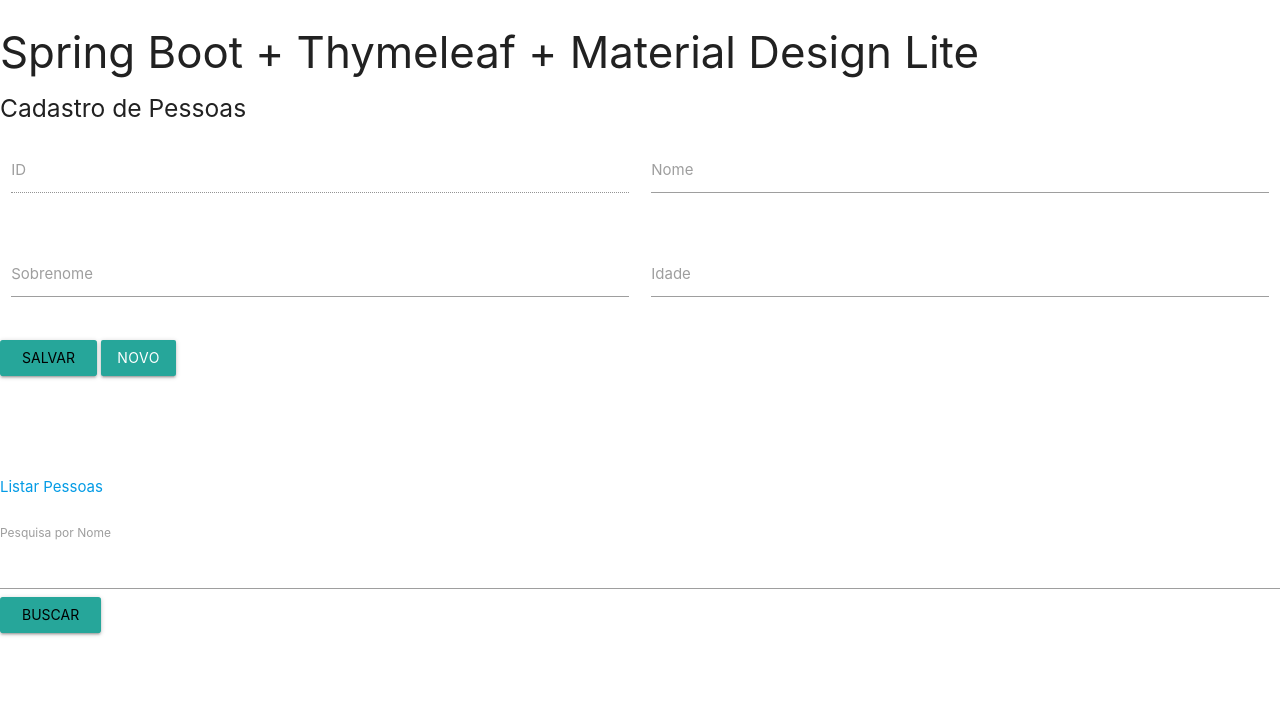
Repository: nfdeveloper/Estudando_Thymeleaf
Page: http://localhost/cadastro/telefones
The author's editor kept a copy of each file at every save. The page is drawn from the files as they stood at one save, then again after the next save.
The browser window is 1280 px wide. The pictures show the whole page.
The page is this project's Thymeleaf template; nobody is signed in. The template is opened directly, without the code that normally fills it, so the values that code supplies are empty.

Above is the page before, as saved 2023-12-10 19:56:57.

### cousethymeleaf/src/main/resources/templates/cadastro/telefones.html
<!DOCTYPE html>
<html xmlns="http://www.w3.org/1999/html" xmlns:th="http://www.thymeleaf.org">
</head>
		<title>Insert Title</title>
		<link href="https://fonts.googleapis.com/icon?family=Material+Icons" rel="stylesheet">
	    <!--Import materialize.css-->
	    <link type="text/css" rel="stylesheet" href="/materialize/css/materialize.css"  media="screen,projection"/>
		<link type="text/css" rel="stylesheet" href="/materialize/css/materialize.min.css"  media="screen,projection"/>


	    <!--Let browser know website is optimized for mobile-->
	    <meta name="viewport" content="width=device-width, initial-scale=1.0"/>
</head>
<body>
	<h3>Spring Boot + Thymeleaf + Material Design Lite</h3>
	<h5>Cadastro de Pessoas</h5>

	<div class="row">
		<form action="salvarpessoa" id="formpessoa" method="post" th:object="${pessoaobj}" class="col s12">

			<div class="row">
				<div class="input-field col s6">
					<label for="id" >ID</label>
					<input name="id" th:field="*{id}" readonly="readonly" id="id" />
				</div>
				<div class="input-field col s6">
					<label for="nome" >Nome</label>
					<input name="nome" id="nome" th:field="*{nome}" />
				</div>
			</div>
			<div class="row">
				<div class="input-field col s6">
					<label>Sobrenome</label>
					<input name="sobrenome" th:field="*{sobrenome}" />
				</div>
				<div class="input-field col s6">
					<label>Idade</label>
					<input name="idade" th:field="*{idade}" />
				</div>
			</div>
			<div class="row">
				<div class="input-field cols6">
					<input class="waves-effect waves-light btn" type="submit" value="Salvar" />
					<button class="waves-effect waves-light btn" onclick="document.getElementById('formpessoa').reset();" >Novo</button>
				</div>
			</div>
		</form>
	</div>
	<br />
	<br />

	<a href="/listapessoas">Listar Pessoas</a>
	<br />
	<br />

	<form action="pesquisarpessoa" method="post">
		<label>Pesquisa por Nome</label>
		<input name="nomepesquisa" />
		<input class="waves-effect waves-light btn" type="submit" value="Buscar" />
	</form>

	<br />
	<br />
	<table>
		<tr th:each="pessoa : ${pessoas}">
			<td th:text = "${pessoa.id}" ></td>
			<td th:text = "${pessoa.nome}" ></td>
			<td th:text = "${pessoa.sobrenome}" ></td>
			<td th:text = "${pessoa.idade}" ></td>
			<td><a th:href="@{/editarpessoa/{idpessoa}(idpessoa=${pessoa.id})}" >Editar</a></td>
			<td><a th:href="@{/removerpessoa/{idpessoa}(idpessoa=${pessoa.id})}" >Excluir</a></td>
		</tr>
	</table>


	<script type="text/javascript" src="/materialize/js/materialize.min.js"></script>
	<script type="text/javascript" src="/materialize/js/materialize.js"></script>
</body>
</html>

Loaded but not shown: cousethymeleaf/src/main/resources/static/materialize/css/materialize.css (library); cousethymeleaf/src/main/resources/static/materialize/css/materialize.min.css (library); cousethymeleaf/src/main/resources/static/materialize/js/materialize.min.js (library); cousethymeleaf/src/main/resources/static/materialize/js/materialize.js (library)

After the next save:
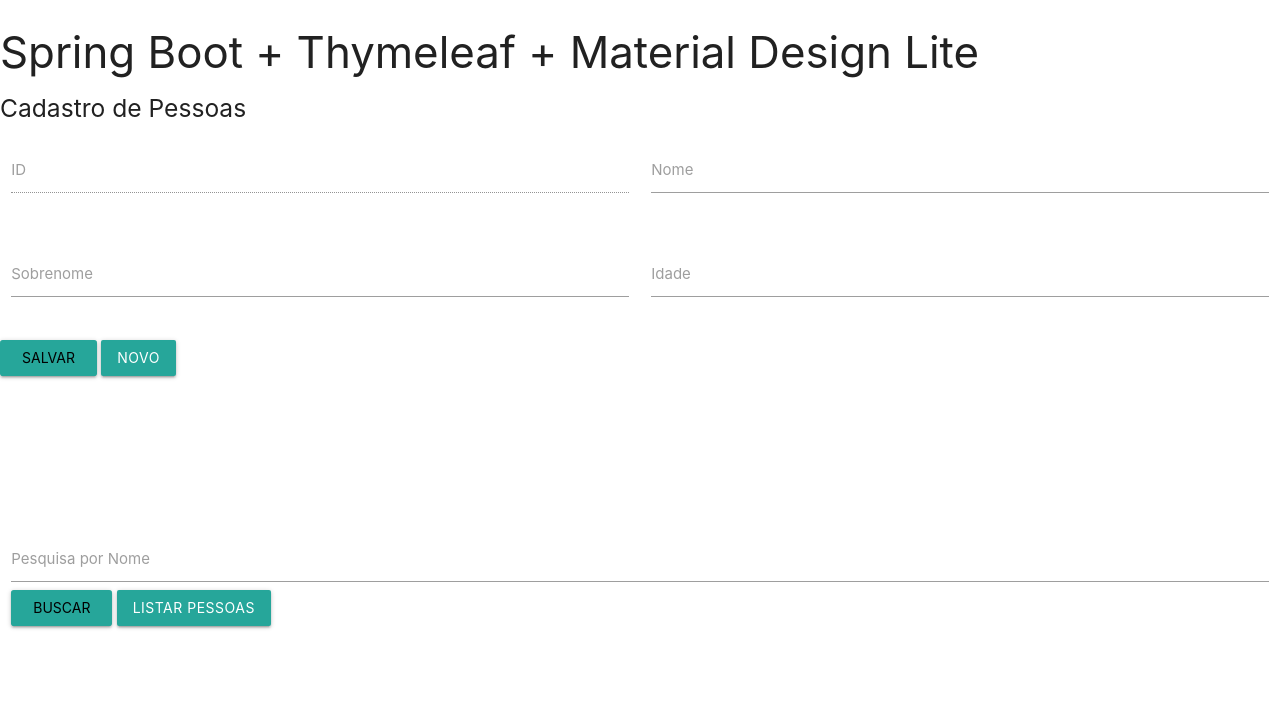
Saved 4 min 10 s later.
--- a/cousethymeleaf/src/main/resources/templates/cadastro/telefones.html
+++ b/cousethymeleaf/src/main/resources/templates/cadastro/telefones.html
@@ -49,15 +49,22 @@
 	<br />
 	<br />
 
-	<a href="/listapessoas">Listar Pessoas</a>
+
 	<br />
 	<br />
 
-	<form action="pesquisarpessoa" method="post">
-		<label>Pesquisa por Nome</label>
-		<input name="nomepesquisa" />
-		<input class="waves-effect waves-light btn" type="submit" value="Buscar" />
-	</form>
+	<div class="row">
+		<form action="pesquisarpessoa" method="post" class="col s12">
+			<div class="row">
+				<div class="input-field col s12">
+					<label>Pesquisa por Nome</label>
+					<input name="nomepesquisa" />
+					<input class="waves-effect waves-light btn" type="submit" value="Buscar" />
+					<a class="waves-effect waves-light btn" href="/listapessoas">Listar Pessoas</a>
+				</div>
+			</div>
+		</form>
+	</div>
 
 	<br />
 	<br />
